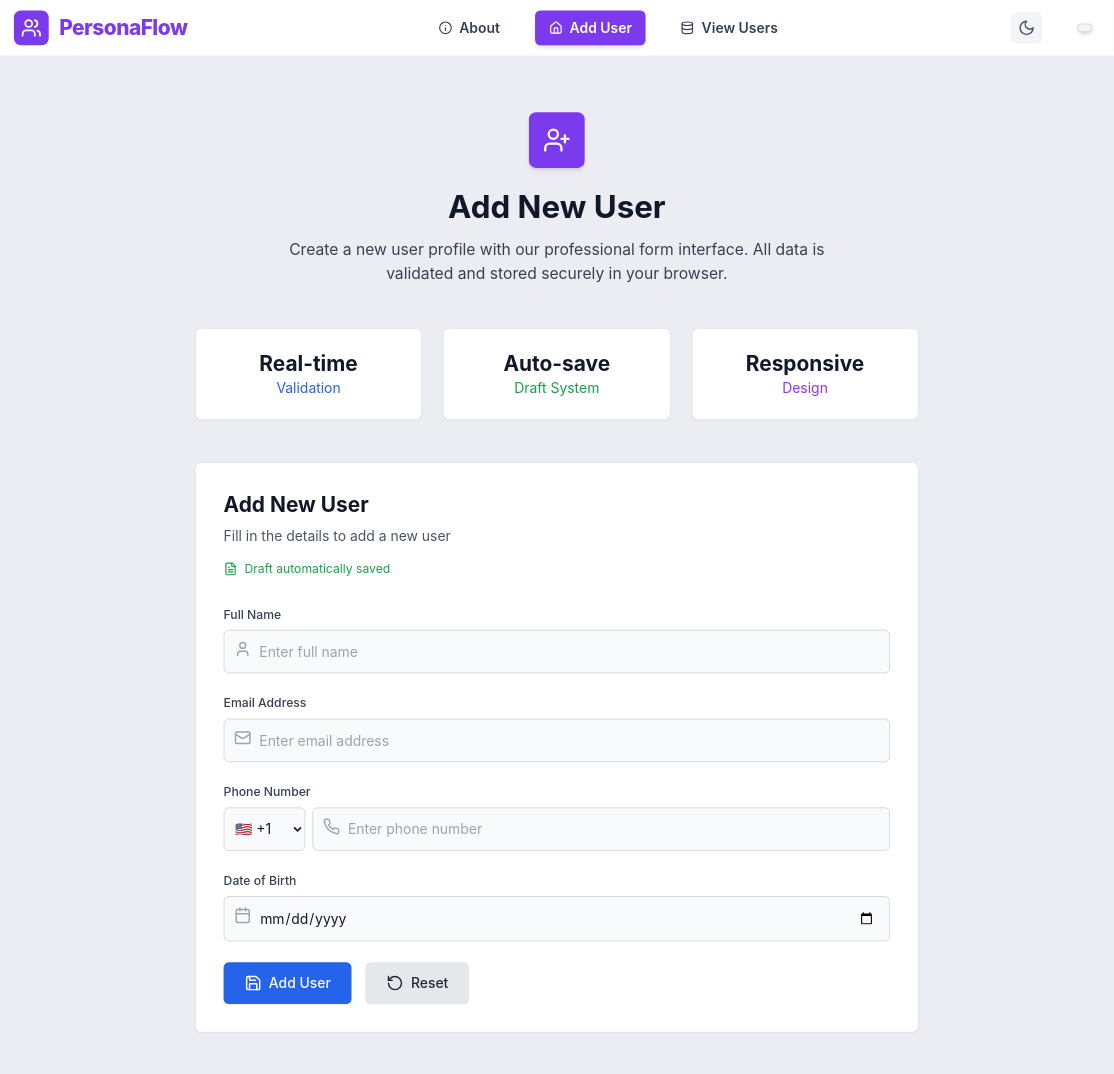
Repository: nikunjagarwal05/PersonaFlow
Page: /add
The author's editor kept a copy of each file at every save. The page is drawn from the files as they stood at one save, then again after the next save.
The browser window is 1280 px wide. The pictures show the whole page, at 87% of full size.
The project was rebuilt for these pictures with package versions that can differ from the ones it lists, and the page was loaded fresh each time. Also part of the build but not shown: vite.config.ts, src/components/Toast.jsx, src/components/LanguageSelector.jsx, src/components/UserTable.jsx, src/components/SearchBar.jsx, src/components/Pagination.jsx, src/components/Modal.jsx, src/pages/ViewData.jsx and 1 more.

Above is the page before, as saved 2025-06-12 12:23:29.

### index.html
<!doctype html>
<html lang="en">
  <head>
    <meta charset="UTF-8" />
    <link rel="icon" type="image/svg+xml" href="/vite.svg" />
    <meta name="viewport" content="width=device-width, initial-scale=1.0" />
    <meta name="description" content="PersonaFlow - A professional user management system with advanced data handling capabilities" />
    <meta name="keywords" content="user management, data management, professional design, React, JavaScript" />
    <meta name="author" content="PersonaFlow Team" />

    <!-- Open Graph / Facebook -->
    <meta property="og:type" content="website" />
    <meta property="og:title" content="PersonaFlow - Professional User Management" />
    <meta property="og:description" content="Manage users with our professional, clean interface" />

    <!-- Twitter -->
    <meta property="twitter:card" content="summary_large_image" />
    <meta property="twitter:title" content="PersonaFlow - Professional User Management" />
    <meta property="twitter:description" content="Manage users with our professional, clean interface" />

    <title>PersonaFlow - User Management System</title>
  </head>
  <body>
    <div id="root"></div>
    <script type="module" src="/src/main.jsx"></script>
    <script type="text/javascript">
      function googleTranslateElementInit() {
        new google.translate.TranslateElement({
          pageLanguage: 'en',
          layout: google.translate.TranslateElement.InlineLayout.HORIZONTAL
        }, 'google_translate_element');
      }
    </script>
  </body>
</html>

### src/App.jsx
import React, { useState, useEffect } from 'react';
import { BrowserRouter as Router, Routes, Route } from 'react-router-dom';

import { ToastProvider } from './components/ToastContainer';
import Navbar from './components/Navbar';
import Home from './pages/Home';
import ViewData from './pages/ViewData';
import About from './pages/About';

function App() {
  const [darkMode, setDarkMode] = useState(() => {
    const saved = localStorage.getItem('darkMode');
    return saved ? JSON.parse(saved) : false;
  });

  useEffect(() => {
    localStorage.setItem('darkMode', JSON.stringify(darkMode));
    document.documentElement.classList.toggle('dark', darkMode);
  }, [darkMode]);

  const toggleDarkMode = () => setDarkMode(!darkMode);

  return (
    <div className={`min-h-screen transition-colors duration-300 ${darkMode ? 'dark' : ''}`}>
      <ToastProvider>
        <Router>
          <Navbar darkMode={darkMode} toggleDarkMode={toggleDarkMode} />
          <main className="pt-4 px-4 sm:px-6 lg:px-8">
            <Routes>
              <Route path="/" element={<About />} />
              <Route path="/add" element={<Home />} />
              <Route path="/view" element={<ViewData />} />
            </Routes>
          </main>
        </Router>
      </ToastProvider>
    </div>
  );
}

export default App;

### src/index.css
@tailwind base;
@tailwind components;
@tailwind utilities;

@layer base {
  html {
    scroll-behavior: smooth;
  }

  body {
    font-family: -apple-system, BlinkMacSystemFont, 'Segoe UI', 'Roboto', 'Oxygen',
      'Ubuntu', 'Cantarell', 'Fira Sans', 'Droid Sans', 'Helvetica Neue',
      sans-serif;
    -webkit-font-smoothing: antialiased;
    -moz-osx-font-smoothing: grayscale;
    background-color: theme('colors.lightbg');
    color: theme('colors.gray.900');
    top: 0 !important;
  }

  .card {
    background-color: theme('colors.lightcard');
    border: 1px solid theme('colors.lightborder');
    border-radius: 0.75rem;
    box-shadow: 0 2px 8px rgba(0, 0, 0, 0.03);
  }

  .dark body {
    background-color: theme('colors.gray.900');
    color: theme('colors.gray.100');
  }

  .dark .card {
    background-color: theme('colors.gray.800');
    border: 1px solid theme('colors.gray.700');
  }
}

@layer utilities {
  .animate-slide-in {
    animation: slideIn 0.3s ease-out;
  }

  .animate-fade-in {
    animation: fadeIn 0.2s ease-out;
  }

  .btn-hover {
    transition: all 0.2s ease-in-out;
  }

  .btn-hover:hover {
    transform: translateY(-1px);
    box-shadow: 0 4px 12px rgba(0, 0, 0, 0.15);
  }

  .card-hover {
    transition: all 0.2s ease-in-out;
  }

  .card-hover:hover {
    transform: translateY(-2px);
    box-shadow: 0 8px 25px rgba(0, 0, 0, 0.1);
  }

  .form-input {
    transition: all 0.2s ease-in-out;
  }

  .form-input:focus {
    transform: translateY(-1px);
  }

  .table-row {
    transition: all 0.2s ease-in-out;
  }

  .table-row:hover {
    transform: scale(1.01);
  }

  .btn-accent {
    background-color: theme('colors.accent.DEFAULT');
    color: #fff;
  }

  .btn-accent:hover {
    background-color: theme('colors.accent.dark');
  }

  .link-accent {
    color: theme('colors.accent.DEFAULT');
  }

  .link-accent:hover {
    color: theme('colors.accent.dark');
  }

  .dark .btn-accent {
    background-color: theme('colors.darkaccent.DEFAULT');
    color: #fff;
  }

  .dark .btn-accent:hover {
    background-color: theme('colors.darkaccent.dark');
  }

  .dark .link-accent {
    color: theme('colors.darkaccent.DEFAULT');
  }

  .dark .link-accent:hover {
    color: theme('colors.darkaccent.dark');
  }

  /* Loading spinner */
  .loading-spinner {
    border: 3px solid rgba(59, 130, 246, 0.3);
    border-top: 3px solid #3b82f6;
    border-radius: 50%;
    width: 24px;
    height: 24px;
    animation: spin 1s linear infinite;
  }

  /* Scrollbar */
  ::-webkit-scrollbar {
    width: 8px;
  }

  ::-webkit-scrollbar-track {
    background: rgba(0, 0, 0, 0.1);
    border-radius: 10px;
  }

  ::-webkit-scrollbar-thumb {
    background: #3b82f6;
    border-radius: 10px;
  }

  ::-webkit-scrollbar-thumb:hover {
    background: #2563eb;
  }

  /* Selection */
  ::selection {
    background: rgba(59, 130, 246, 0.3);
    color: white;
  }

  /* Focus styles */
  input:focus,
  select:focus,
  textarea:focus {
    outline: none;
    box-shadow: 0 0 0 3px rgba(59, 130, 246, 0.3);
  }

  /* Mobile animation override */
  @media (max-width: 768px) {
    .animate-slide-in {
      animation: slideInMobile 0.3s ease-out;
    }
  }

  /* Accessibility: High contrast */
  @media (prefers-contrast: high) {
    .bg-gradient-to-r {
      background: solid;
    }
  }

  /* Accessibility: Reduced motion */
  @media (prefers-reduced-motion: reduce) {
    * {
      animation-duration: 0.01ms !important;
      animation-iteration-count: 1 !important;
      transition-duration: 0.01ms !important;
    }

    .animate-slide-in,
    .animate-fade-in {
      animation: none;
    }
  }

  /* Google Translate Styling */
  #google_translate_element,
  #google_translate_element_mobile {
    font-size: 0.875rem;
    color: #fff;
    background-color: #1f2937;
    border: 1px solid #374151;
    border-radius: 0.375rem;
    padding: 0.25rem 0.5rem;
    max-width: fit-content;
    margin-right: 0.5rem;
    box-shadow: 0 0 10px rgba(0, 0, 0, 0.2);
  }

  .goog-te-combo {
    color: #fff !important;
    background-color: #1f2937 !important;
    border: none !important;
    padding: 0.25rem 0.5rem !important;
    border-radius: 0.375rem !important;
  }

  /* Only hide branding, not essential UI */
  .goog-logo-link {
    display: none !important;
  }

}

/* Keyframes */
@keyframes slideIn {
  from {
    opacity: 0;
    transform: translateX(100%);
  }
  to {
    opacity: 1;
    transform: translateX(0);
  }
}

@keyframes fadeIn {
  from {
    opacity: 0;
  }
  to {
    opacity: 1;
  }
}

@keyframes slideInMobile {
  from {
    opacity: 0;
    transform: translateY(20px);
  }
  to {
    opacity: 1;
    transform: translateY(0);
  }
}

@keyframes spin {
  0% {
    transform: rotate(0deg);
  }
  100% {
    transform: rotate(360deg);
  }
}

@layer utilities {
  /* Google Translate Box — Light Theme */
  #google_translate_element,
  #google_translate_element_mobile {
    @apply text-sm text-gray-800 bg-gray-100 border border-gray-300 rounded-md px-2 py-1 shadow-md;
    max-width: fit-content;
    margin-right: 0.5rem;
  }

  .goog-te-combo {
    @apply text-gray-800 bg-gray-100 border-none px-2 py-1 rounded-md;
  }

  /* Google Translate Box — Dark Theme */
  .dark #google_translate_element,
  .dark #google_translate_element_mobile {
    @apply text-sm text-white bg-gray-800 border border-gray-700 rounded-md px-2 py-1 shadow-lg;
  }

  .dark .goog-te-combo {
    @apply text-white bg-gray-800 border-none px-2 py-1 rounded-md;
  }

  /* Hide Google Branding (TOS Risk – optional) */
  .goog-logo-link,
  .goog-te-gadget span,
  .goog-te-banner-frame.skiptranslate,
  body > .goog-te-banner-frame {
    display: none !important;
  }
}

### src/components/ToastContainer.jsx
import React, { createContext, useContext, useState, useCallback } from 'react';
import Toast from './Toast';

// ToastContainer provides context and renders toasts
const ToastContext = createContext(undefined);

export const useToast = () => {
  const context = useContext(ToastContext);
  if (!context) {
    throw new Error('useToast must be used within a ToastProvider');
  }
  return context;
};

export const ToastProvider = ({ children }) => {
  const [toasts, setToasts] = useState([]);

  const showToast = useCallback((toast) => {
    const id = crypto.randomUUID();
    const newToast = {
      ...toast,
      id,
      onClose: removeToast,
    };
    setToasts(prev => [...prev, newToast]);
  }, []);

  const removeToast = useCallback((id) => {
    setToasts(prev => prev.filter(toast => toast.id !== id));
  }, []);

  return (
    <ToastContext.Provider value={{ showToast }}>
      {children}
      <div className="fixed top-4 right-4 z-50 space-y-2 max-w-sm">
        {toasts.map(toast => (
          <Toast key={toast.id} {...toast} />
        ))}
      </div>
    </ToastContext.Provider>
  );
};

### src/components/Navbar.jsx
import React from 'react';
import { Link, useLocation } from 'react-router-dom';
import { Home, Database, Moon, Sun, Users, Info } from 'lucide-react';
import LanguageSelector from './LanguageSelector';
import useGoogleTranslate from '../hooks/useGoogleTranslate';

const Navbar = ({ darkMode, toggleDarkMode }) => {
  const location = useLocation();
  useGoogleTranslate();

  return (
    <nav className="sticky top-0 z-40 bg-white dark:bg-gray-900 border-b border-gray-200 dark:border-gray-700 shadow-sm">
      <div className="max-w-7xl mx-auto flex justify-between items-center h-16 w-full px-4">
        {/* Left side */}
        <div className="flex items-center space-x-3 min-w-[220px]">
          <div className="p-2 bg-accent dark:bg-darkaccent rounded-lg">
            <Users className="w-6 h-6 text-white" />
          </div>
          <h1 className="text-2xl font-extrabold text-accent dark:text-darkaccent-light tracking-tight">
            PersonaFlow
          </h1>
        </div>

        {/* Center Links */}
        <div className="hidden md:flex items-center space-x-6">
          <Link
            to="/"
            className={`px-4 py-2 rounded-md font-semibold flex items-center space-x-2 ${
              location.pathname === '/'
                ? 'bg-accent dark:bg-darkaccent text-white shadow-md'
                : 'text-gray-700 dark:text-gray-300 hover:bg-gray-100 dark:hover:bg-gray-800'
            }`}
          >
            <Info className="w-4 h-4" />
            <span>About</span>
          </Link>
          <Link
            to="/add"
            className={`px-4 py-2 rounded-md font-semibold flex items-center space-x-2 ${
              location.pathname === '/add'
                ? 'bg-accent dark:bg-darkaccent text-white shadow-md'
                : 'text-gray-700 dark:text-gray-300 hover:bg-gray-100 dark:hover:bg-gray-800'
            }`}
          >
            <Home className="w-4 h-4" />
            <span>Add User</span>
          </Link>
          <Link
            to="/view"
            className={`px-4 py-2 rounded-md font-semibold flex items-center space-x-2 ${
              location.pathname === '/view'
                ? 'bg-accent dark:bg-darkaccent text-white shadow-md'
                : 'text-gray-700 dark:text-gray-300 hover:bg-gray-100 dark:hover:bg-gray-800'
            }`}
          >
            <Database className="w-4 h-4" />
            <span>View Users</span>
          </Link>
        </div>

        <div className='flex justify-center items-center gap-10'>
          {/* Right Side - Dark Mode + Translate */}
          <div className="flex items-center space-x-3">
            <button
              onClick={toggleDarkMode}
              className="p-2 rounded-md bg-gray-100 dark:bg-gray-800 hover:bg-gray-200 dark:hover:bg-gray-700"
              aria-label="Toggle dark mode"
            >
              {darkMode ? (
                <Sun className="w-5 h-5 text-yellow-500" />
              ) : (
                <Moon className="w-5 h-5 text-gray-600" />
              )}
            </button>
          </div>

          <div className='flex justify-center items-center'>
            <div id="google_translate_element"></div>
          </div>
        </div>

      </div>
    </nav>
  );
};

export default Navbar;

### src/pages/Home.jsx
// Home page for adding new users, showing stats, and using the user form
import React, { useState, useEffect } from 'react';
import UserForm from '../components/UserForm';
import { addUserToLocalStorage, saveDraft, getDraft, clearDraft } from '../utils/localStorage';
import { useToast } from '../components/ToastContainer';
import { UserPlus, Users } from 'lucide-react';

const Home = () => {
  const { showToast } = useToast();
  const [draftData, setDraftData] = useState(getDraft());

  useEffect(() => {
    const draft = getDraft();
    if (draft) {
      setDraftData(draft);
    }
  }, []);

  const handleSubmit = (userData) => {
    try {
      const newUser = addUserToLocalStorage(userData);

      // Clear draft after successful submission
      clearDraft();
      setDraftData(null);

      showToast({
        type: 'success',
        title: 'User Added Successfully!',
        message: `${newUser.fullName} has been added to the database.`,
      });
    } catch (error) {
      showToast({
        type: 'error',
        title: 'Error Adding User',
        message: 'There was an error adding the user. Please try again.',
      });
    }
  };

  const handleDraftSave = (formData) => {
    saveDraft(formData);
    setDraftData(formData);
  };

  return (
    <div className="min-h-screen bg-lightbg dark:bg-gray-900">
      <div className="max-w-4xl mx-auto px-4 sm:px-6 lg:px-8 py-12">
        {/* Header Section */}
        <div className="text-center mb-12">
          <div className="flex items-center justify-center space-x-3 mb-6">
            <div className="p-4 bg-accent rounded-lg shadow-md">
              <UserPlus className="w-8 h-8 text-white" />
            </div>
          </div>
          <h1 className="text-4xl font-bold text-gray-900 dark:text-white mb-4">
            Add New User
          </h1>
          <p className="text-lg text-gray-700 dark:text-gray-300 max-w-2xl mx-auto">
            Create a new user profile with our professional form interface. All data is validated and stored securely in your browser.
          </p>
        </div>

        {/* Stats Cards */}
        <div className="grid grid-cols-1 md:grid-cols-3 gap-6 mb-12">
          <div className="bg-white dark:bg-gray-800 rounded-lg border border-gray-200 dark:border-gray-700 p-6 text-center shadow-sm">
            <div className="text-2xl font-bold text-gray-900 dark:text-white">Real-time</div>
            <div className="text-blue-600 dark:text-blue-400">Validation</div>
          </div>
          <div className="bg-white dark:bg-gray-800 rounded-lg border border-gray-200 dark:border-gray-700 p-6 text-center shadow-sm">
            <div className="text-2xl font-bold text-gray-900 dark:text-white">Auto-save</div>
            <div className="text-green-600 dark:text-green-400">Draft System</div>
          </div>
          <div className="bg-white dark:bg-gray-800 rounded-lg border border-gray-200 dark:border-gray-700 p-6 text-center shadow-sm">
            <div className="text-2xl font-bold text-gray-900 dark:text-white">Responsive</div>
            <div className="text-purple-600 dark:text-purple-400">Design</div>
          </div>
        </div>

        {/* Form Section */}
        <UserForm
          onSubmit={handleSubmit}
          onDraftSave={handleDraftSave}
          draftData={draftData}
        />
      </div>
    </div>
  );
};

export default Home;

Loaded but not shown: src/main.jsx (common file); src/utils/localStorage.js (119 lines, source omitted); src/hooks/useGoogleTranslate.js (33 lines, source omitted); tailwind.config.js (25 lines, source omitted); src/components/UserForm.jsx (296 lines, source omitted)

After the next save:
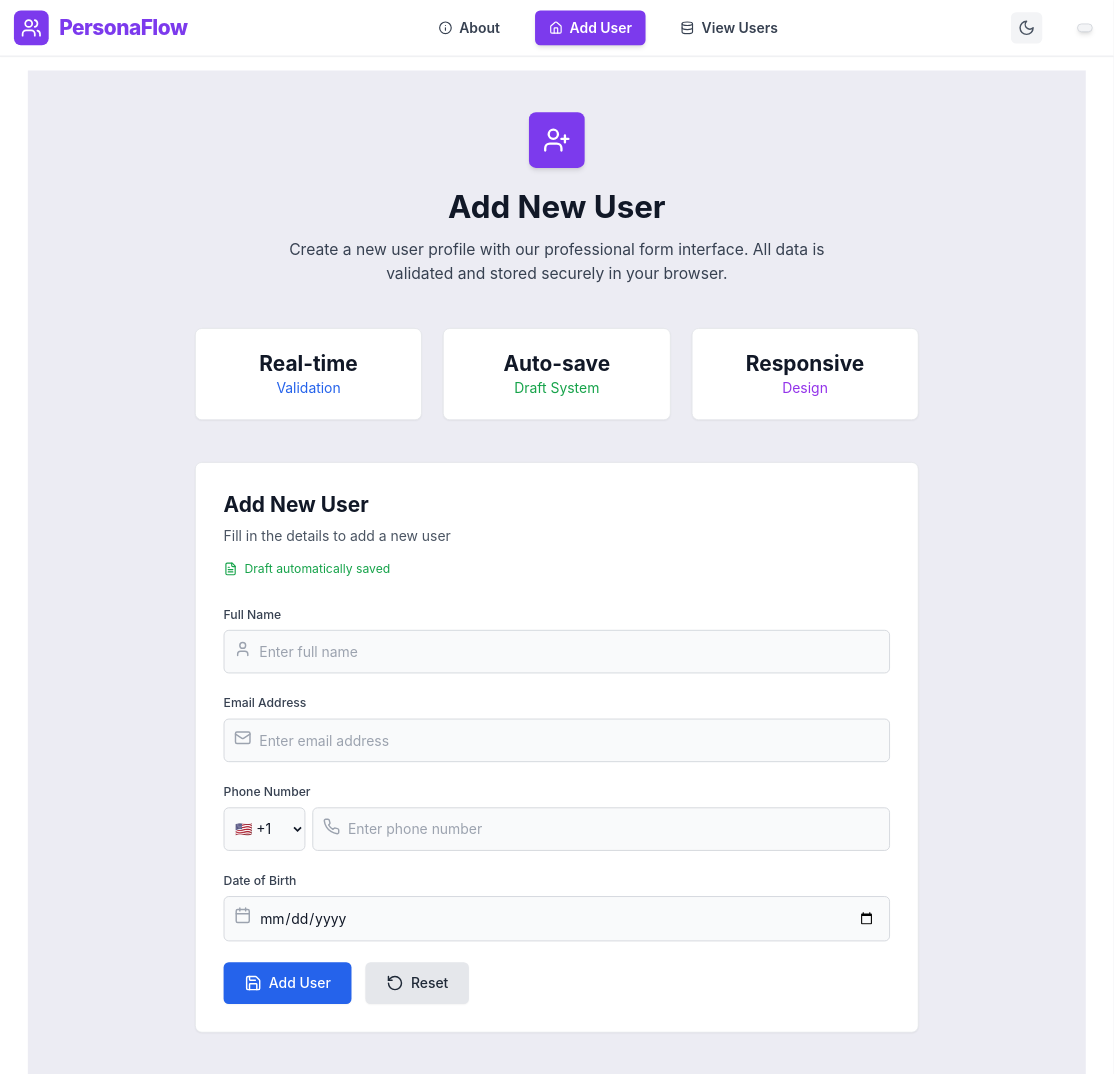
Saved 36 s later.
--- a/index.html
+++ b/index.html
@@ -1,11 +1,17 @@
 <!doctype html>
-<html lang="en">
+<html lang="en" class="scroll-smooth">
   <head>
     <meta charset="UTF-8" />
     <link rel="icon" type="image/svg+xml" href="/vite.svg" />
     <meta name="viewport" content="width=device-width, initial-scale=1.0" />
-    <meta name="description" content="PersonaFlow - A professional user management system with advanced data handling capabilities" />
-    <meta name="keywords" content="user management, data management, professional design, React, JavaScript" />
+    <meta
+      name="description"
+      content="PersonaFlow - A professional user management system with advanced data handling capabilities"
+    />
+    <meta
+      name="keywords"
+      content="user management, data management, professional design, React, JavaScript"
+    />
     <meta name="author" content="PersonaFlow Team" />
 
     <!-- Open Graph / Facebook -->
@@ -19,17 +25,36 @@
     <meta property="twitter:description" content="Manage users with our professional, clean interface" />
 
     <title>PersonaFlow - User Management System</title>
+
+    <!-- Google Translate Script (added safely) -->
+    <script
+      src="//translate.google.com/translate_a/element.js?cb=googleTranslateElementInit"
+      async
+      defer
+    ></script>
+
+    <script>
+      function googleTranslateElementInit() {
+        new google.translate.TranslateElement(
+          {
+            pageLanguage: 'en',
+            includedLanguages: 'en,hi,fr,de,es,zh',
+            layout: google.translate.TranslateElement.InlineLayout.SIMPLE
+          },
+          'google_translate_element'
+        );
+      }
+    </script>
   </head>
-  <body>
+
+  <body class="bg-white dark:bg-gray-900 text-gray-800 dark:text-gray-100">
+    <noscript>
+      <p class="text-center text-red-500 font-semibold">
+        JavaScript is required to run this site properly.
+      </p>
+    </noscript>
+
     <div id="root"></div>
     <script type="module" src="/src/main.jsx"></script>
-    <script type="text/javascript">
-      function googleTranslateElementInit() {
-        new google.translate.TranslateElement({
-          pageLanguage: 'en',
-          layout: google.translate.TranslateElement.InlineLayout.HORIZONTAL
-        }, 'google_translate_element');
-      }
-    </script>
   </body>
 </html>
